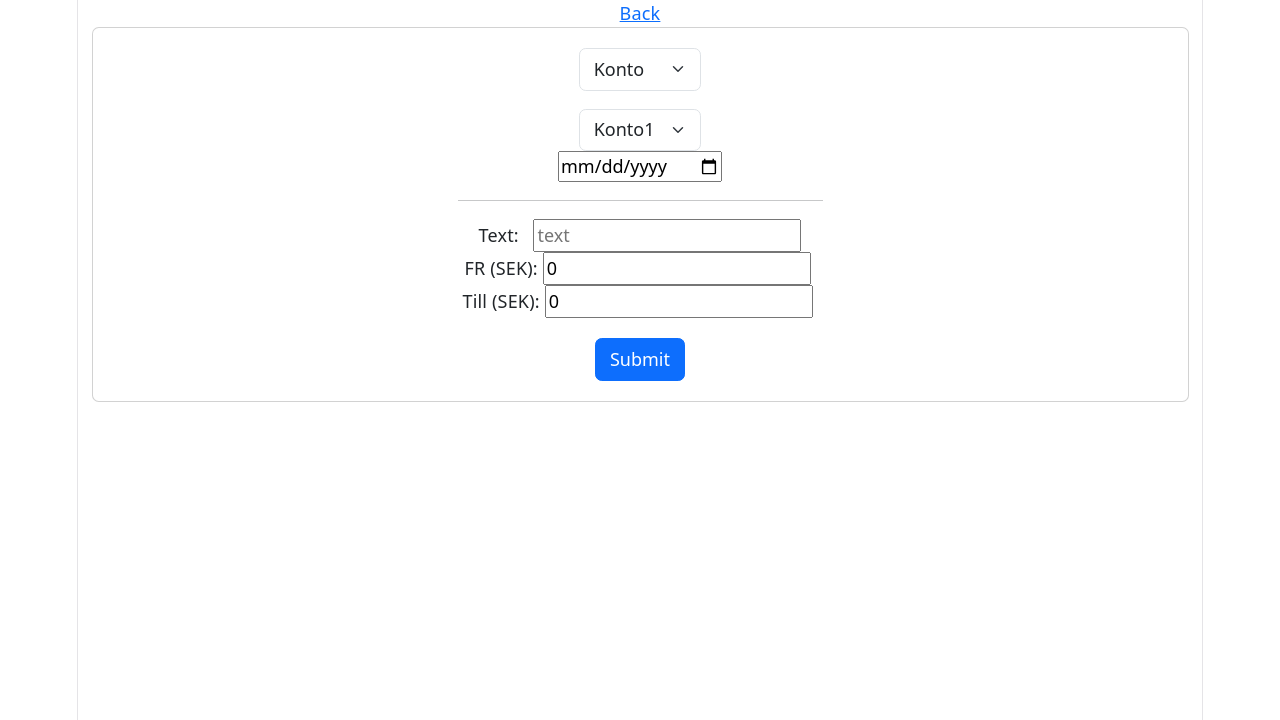
Repository: supply24/kidsaccount
Page: /action
An editor plug-in stored every save of this project. The page is shown before and after the next save, followed by the edit.
The browser window is 1280 px wide. The pictures show the whole page.
The page's requests for data from a server got no answer. The project was rebuilt for these pictures with package versions that can differ from the ones it lists, and the page was loaded fresh each time. No one was signed in, and anything a server would have sent is missing. Also part of the build but not shown: vite.config.js, src/App.css, src/App.jsx, src/Homing.jsx, src/Emilia.jsx, src/Alexander.jsx.

Above is the page before, as saved 2026-08-01 12:54:59.

After the next save:
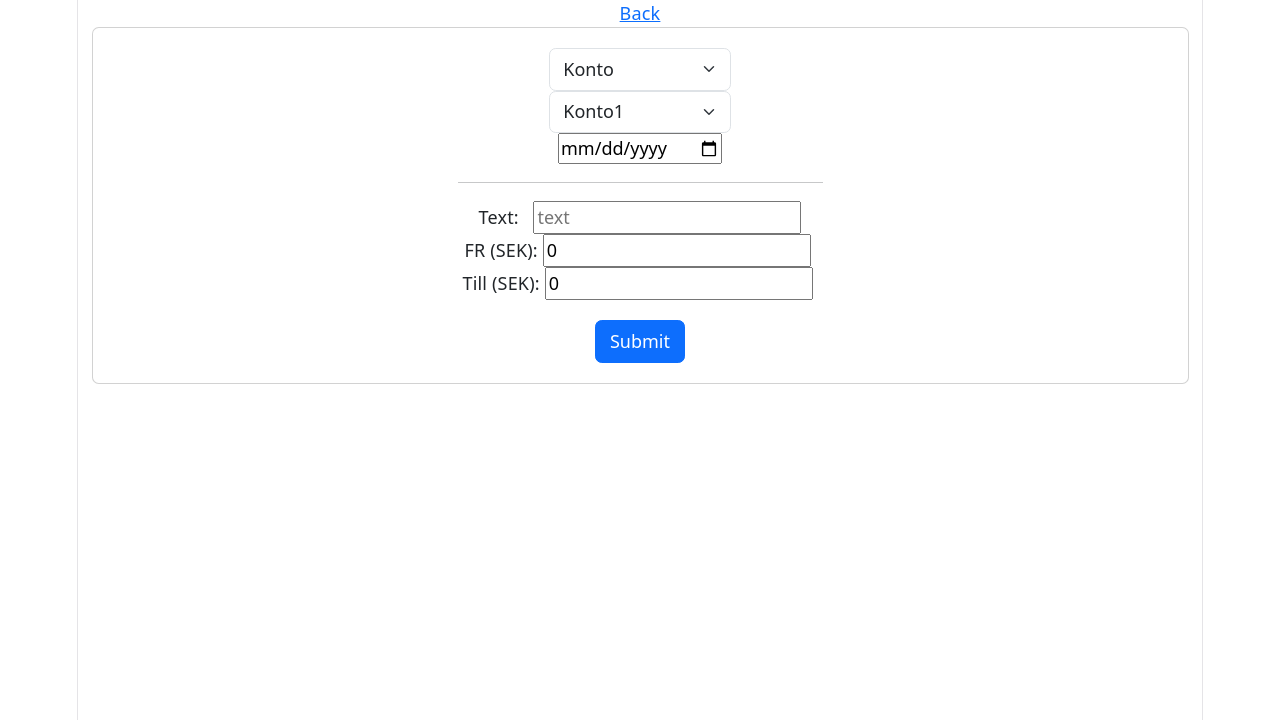
Saved 2 min 5 s later.
--- a/src/Actions.jsx
+++ b/src/Actions.jsx
@@ -86,8 +86,8 @@ const [konto1, setKonto1]=useState("")
             <Form onSubmit={handleSubmit}>
               <Col md={4} className="mx-auto" style={{marginTop:"20px"}}>
 
-<Col align="center" md={4} className="mx-auto" style={{marginTop:"20px"}}>
-<Form.Group className="mb-3" controlId="formBasicEmail">
+<Col align="center" md={6} className="mx-auto" style={{marginTop:"20px"}}>
+<Form.Group  controlId="formBasicEmail">
   <Form.Select type ="dropdown" onChange={(e)=>setKontox(e.target.value)}>
     <option value={kontox}>Konto</option>
     {number.map((account)=>(
